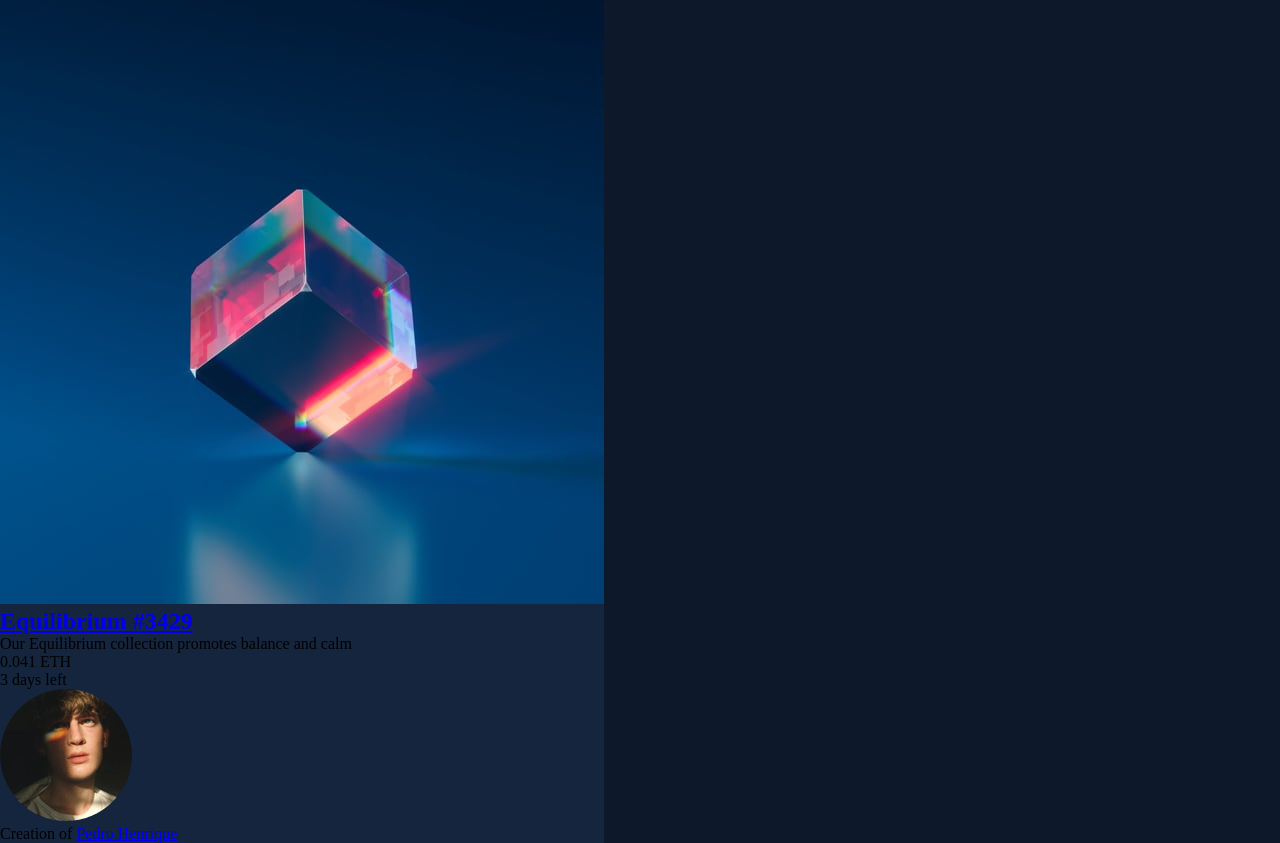
Repository: PedroHEAA/nft
Page: index.html
The author's editor kept a copy of each file at every save. The page is drawn from the files as they stood at one save, then again after a run of saves.
The browser window is 1280 px wide. The pictures show the whole page.

Above is the page before, as saved 2022-11-03 19:40:58.

After the next 4 saves:
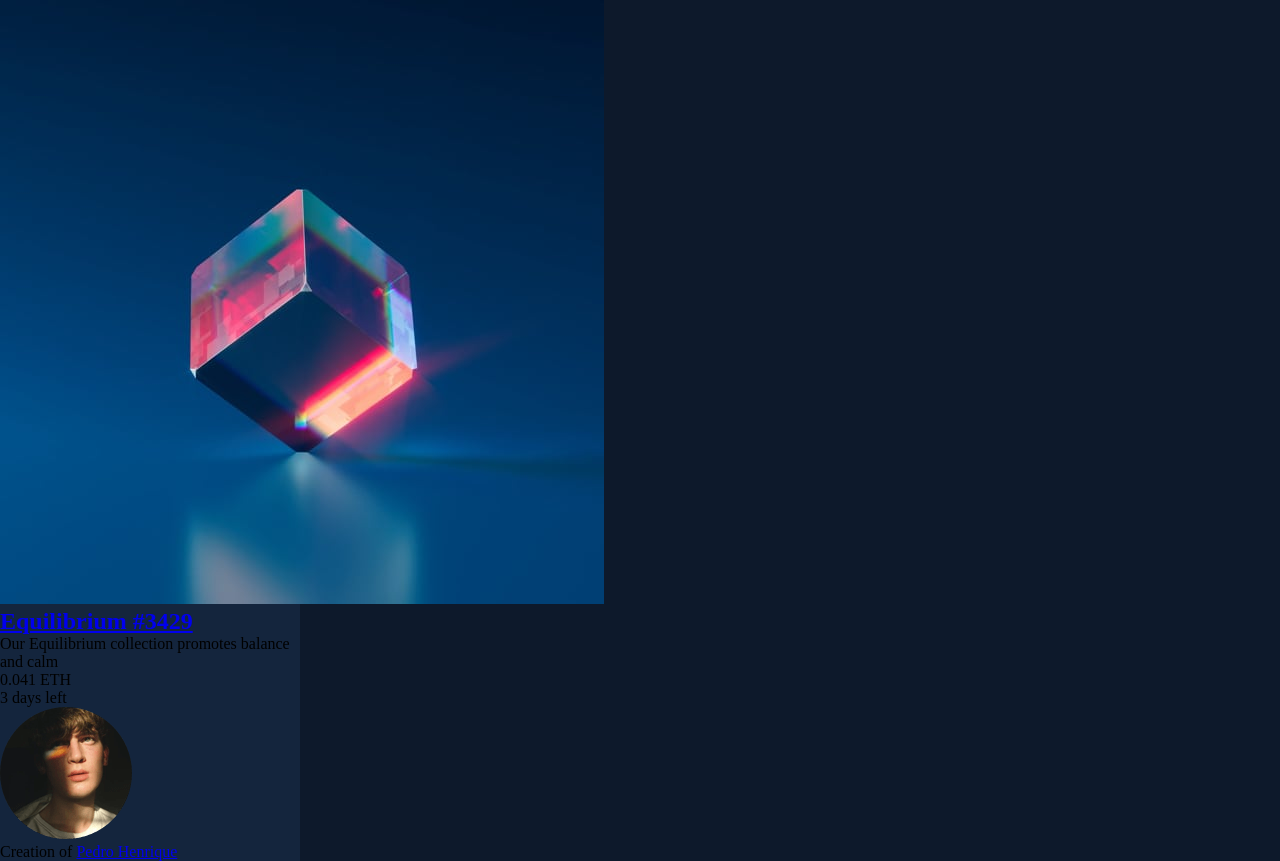
The 4 saves are shown as one change because they came seconds apart.
The last was saved 17 s later.
--- a/src/css/style.css
+++ b/src/css/style.css
@@ -6,5 +6,6 @@
 
 .card{
     background-color: var(--card-color);
-
+    width: 300px;
+    height: ;
 }
